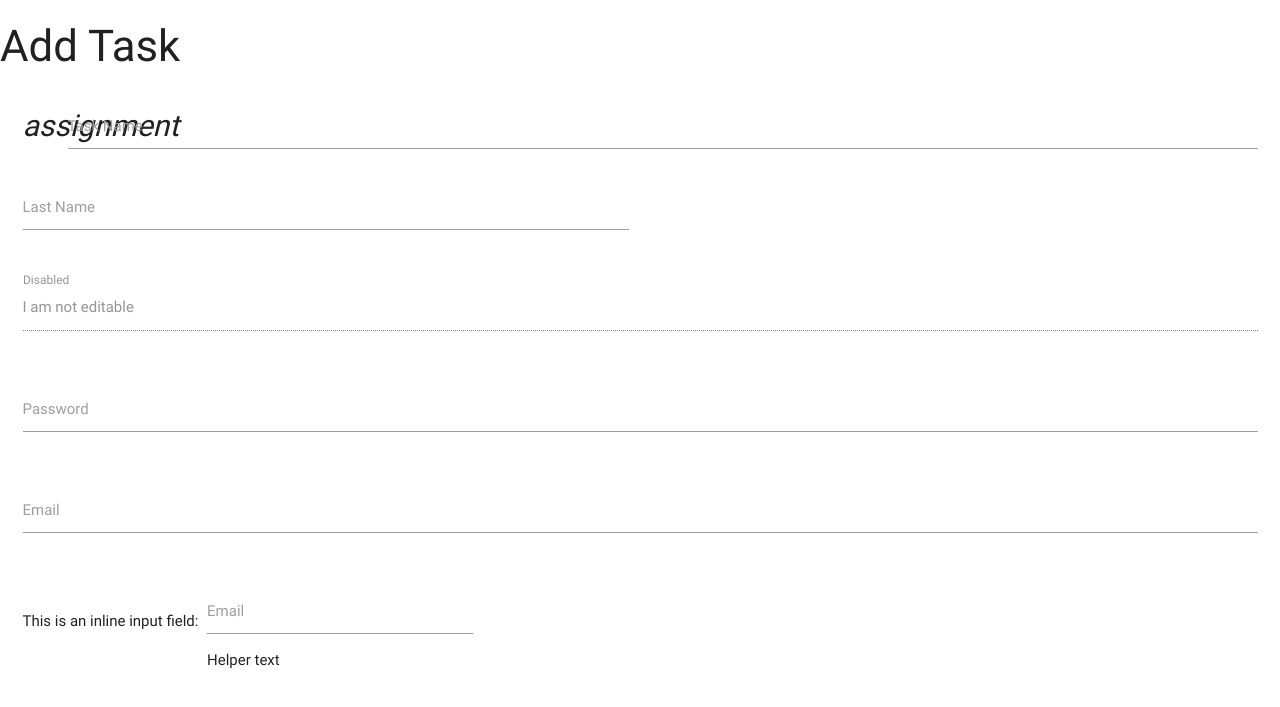
Repository: kalkiboru111/task-manager
Page: http://localhost/add_task
The author's editor kept a record of every edit. The page is drawn from the files as they stood at one moment, then again after the next edit.
The browser window is 1280 px wide. The pictures show the whole page.
The page is served by the project's application, run on Flask 3 (app.py).

Above is the page before.

After the next edit:
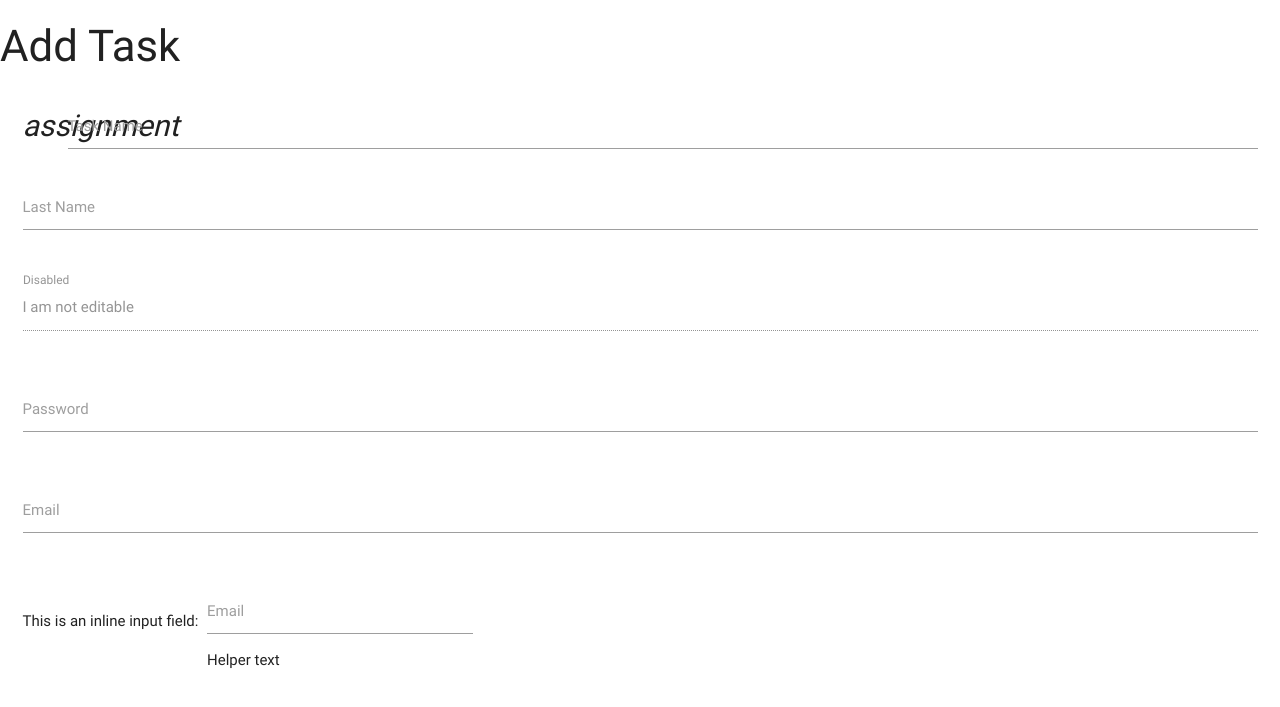
The edit:
--- a/templates/addtask.html
+++ b/templates/addtask.html
@@ -10,7 +10,7 @@
                 <input id="task_name" name="task_name" type="text" class="validate">
                 <label for="icon-prefix">Task Name</label>
             </div>
-            <div class="input-field col s6">
+            <div class="input-field col s12">
                 <input id="last_name" type="text" class="validate">
                 <label for="last_name">Last Name</label>
             </div>
